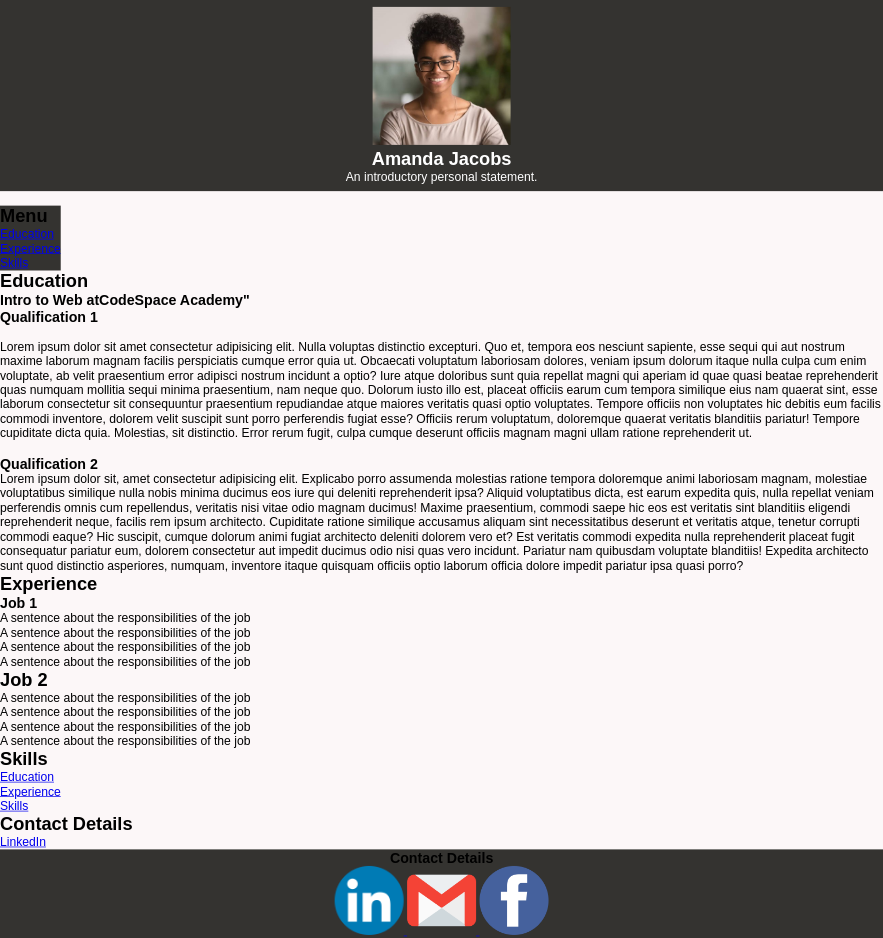
Repository: LeonardMhere/Resume-3
Page: resume `3/index.html
The author's editor kept a copy of each file at every save. The page is drawn from the files as they stood at one save, then again after the next save.
The browser window is 1280 px wide. The pictures show the whole page, at 69% of full size.

Above is the page before, as saved 2023-03-23 09:27:16.

### resume `3/index.html
<!DOCTYPE html>
<html lang="en">
    <meta charset="UTF-8">
    <meta http-equiv="X-UA-Compatible" content="IE=edge">
    <meta name="viewport" content="width=device-width, initial-scale=1.0">
    <link rel="stylesheet" href="css/stylesheet.css">

<head>
    <title>Amanda Jacobs</title>
</head>

<body>


  <header id="heading">
 <aside>
   <img id="profilePhoto" src="./images/profilePhoto.jpeg" width="200px"
   alt="Error Thumbnail">

  <h1>Amanda Jacobs</h1>
  <p>An introductory personal statement.</p>

    </header>

    <br/>
<main>
  <section>
   <article>
     <div class="nav-menu">
      <nav>
        <h2>Menu</h2>

  <ul>
      <li><a href="education">Education</a></li>
      <li><a href="experience">Experience</a></li>
      <li><a href="skills">Skills</a></li>
      </div>
  </ul>
</nav>
</aside>



<div class="box-1">
  <h2 id="education">Education</h2>
  <h3>Intro to Web at<a href="http://codespace.co.za/"></a>CodeSpace Academy"</a></h3>



  <h3>Qualification 1</h3>
  <br/>
     <p>Lorem ipsum dolor sit amet consectetur adipisicing elit. Nulla voluptas distinctio excepturi.
       Quo et, tempora eos nesciunt sapiente, esse sequi qui aut nostrum maxime laborum magnam facilis perspiciatis cumque error quia ut. Obcaecati voluptatum laboriosam dolores, veniam ipsum dolorum itaque nulla culpa cum enim voluptate,
       ab velit praesentium error adipisci nostrum incidunt a optio? Iure atque doloribus sunt quia repellat magni qui aperiam id quae quasi beatae reprehenderit quas numquam mollitia sequi minima praesentium, nam neque quo. Dolorum iusto illo est, placeat officiis earum cum tempora similique eius nam quaerat sint, esse laborum consectetur sit consequuntur praesentium repudiandae atque maiores veritatis quasi optio voluptates. Tempore officiis non voluptates hic debitis eum facilis commodi inventore, dolorem velit suscipit sunt porro perferendis fugiat esse? Officiis rerum voluptatum, doloremque quaerat veritatis blanditiis pariatur! Tempore cupiditate dicta quia. Molestias, sit distinctio. Error rerum fugit, culpa cumque deserunt officiis magnam magni ullam ratione reprehenderit ut.
      </p>
    </div>
      <br/>

  <div class="box-2">
   <h3>Qualification 2</h3>

      <p>
        Lorem ipsum dolor sit, amet consectetur adipisicing elit. Explicabo porro assumenda molestias ratione tempora doloremque animi laboriosam magnam, molestiae voluptatibus similique nulla nobis minima ducimus eos iure qui deleniti reprehenderit ipsa? Aliquid voluptatibus dicta, est earum expedita quis, nulla repellat veniam perferendis omnis cum repellendus, veritatis nisi vitae odio magnam ducimus! Maxime praesentium, commodi saepe hic eos est veritatis sint blanditiis eligendi reprehenderit neque, facilis rem ipsum architecto. Cupiditate ratione similique accusamus aliquam sint necessitatibus deserunt et veritatis atque, tenetur corrupti commodi eaque? Hic suscipit, cumque dolorum animi fugiat architecto deleniti dolorem vero et? Est veritatis commodi expedita nulla reprehenderit placeat fugit consequatur pariatur eum, dolorem consectetur aut impedit ducimus odio nisi quas vero incidunt. Pariatur nam quibusdam voluptate blanditiis! Expedita architecto sunt quod distinctio asperiores, numquam, inventore itaque quisquam officiis optio laborum officia dolore impedit pariatur ipsa quasi porro?
      </p>
    </div>


    <h2 id="experience">Experience</h2>

    <h3>Job 1</h3>
    <p>
        <ul>
            <li>A sentence about the responsibilities of the job</li>
            <li>A sentence about the responsibilities of the job</li>
            <li>A sentence about the responsibilities of the job</li>
            <li>A sentence about the responsibilities of the job</li>
        </ul>
    </p>



    <h2>Job 2</h2>

     <p>
        <ul>
            <li>A sentence about the responsibilities of the job</li>
            <li>A sentence about the responsibilities of the job</li>
            <li>A sentence about the responsibilities of the job</li>
            <li>A sentence about the responsibilities of the job</li>
        </ul>
     </p>



      <h2 id="skills">Skills</h2>

<ul>
  <li><a href="#education">Education</a></li>
  <li><a href="#experience">Experience</a></li>
  <li><a href="#Skills">Skills</a></li>
</ul>
</p>

<h2>Contact Details</h2>
<p><a href="http://linkedin.com">LinkedIn</a>

    </section>
  </article>
</main>








<footer>
    <h3>Contact Details</h3>
    <ul>
       <a href="http://linkedin.com" target="_blank">
           <img class="icons" src="images/linkedinIcon.png"
           alt="Amanda Jacobs Linkedin"
           width="100px">

       </a>

       <a href="//http://gmail.com" target="_blank">
        <img class="icons" src="images/gmailIcon.png"
        alt="Amanda Jacobs Gmail"
        width="100px">
       </a>

       <a href="//http://facebook.com" target="_blank">
        <img class="icons" src="images/facebookIcon.png"
        alt="Amanda Jacobs facebook Account"
        width="100px">
       </a>
</ul>
</footer>











</body>
</html>

### resume `3/css/stylesheet.css
*{
  box-sizing: border-box;
  padding: 0;
  margin: 0;
}

body{
  font-family: sans-serif;
  font-size:110%;
  background-color: #FCF7F8;
}

header {
  text-align: center;
  background-color: #343330;
  color: white;
  padding: 10px 0 10px ;
}



.nav-menu{
    background-color:#343330;
    width: fit-content;
    overflow: auto;
    background-color:
}

ul {
  list-style: none;
  margin-left: 0%;
}





footer {
  background-color: #343330;
  text-align: center;
}

After the next save:
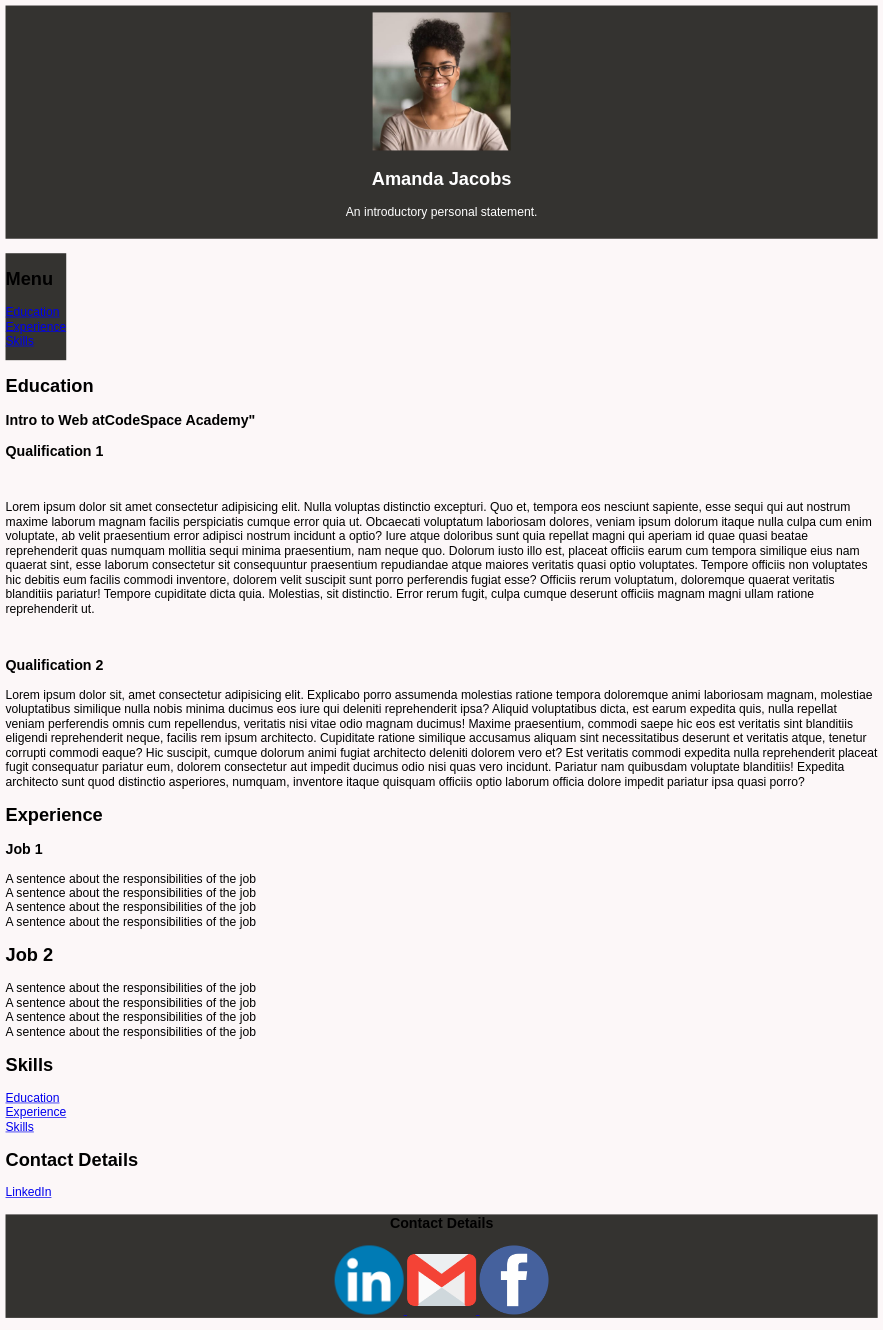
Saved 80 s later.
--- a/resume `3/css/stylesheet.css
+++ b/resume `3/css/stylesheet.css
@@ -1,7 +1,7 @@
 *{
   box-sizing: border-box;
   padding: 0;
-  margin: 0;
+
 }
 
 body{
